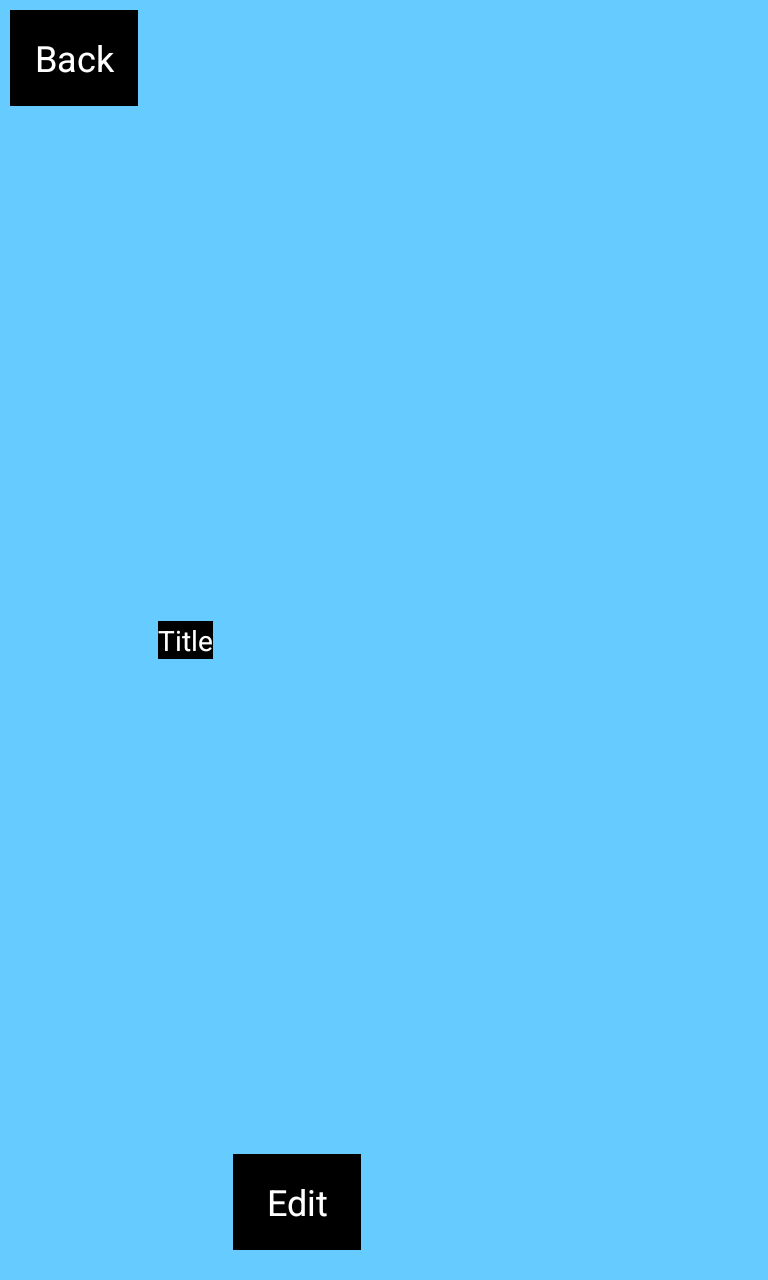
Repository: Ollyder/eclipse_work
Layout: TableLayout/res/layout/title.xml
These files come from the project's save history. The layout is drawn as it stood at one moment and after the next save; the edit follows.
It is drawn on a 768 x 1280 px phone screen (xhdpi) without system bars, with theme AppTheme; the app's code is not run.

Above is the layout before, as saved 2017-05-28 05:01:12.

After the next save:
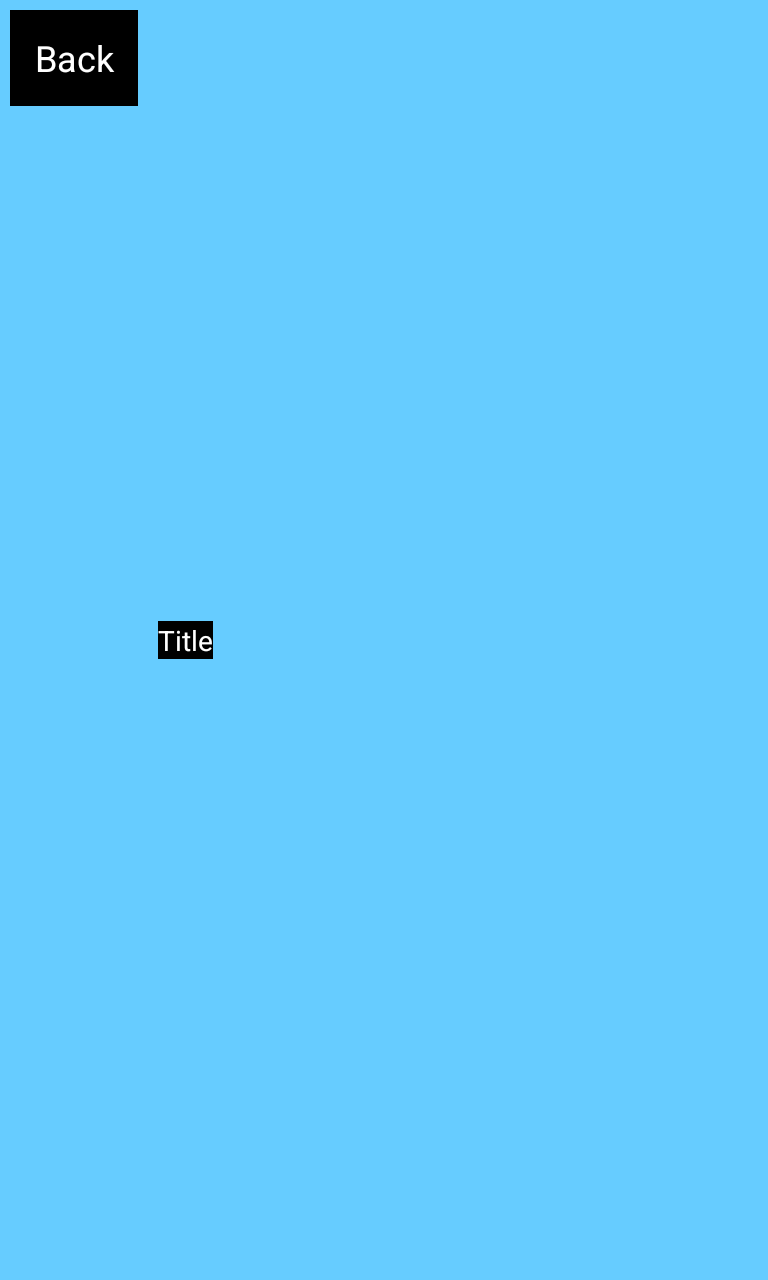
Saved 6 min 7 s later.
--- a/TableLayout/res/layout/title.xml
+++ b/TableLayout/res/layout/title.xml
@@ -26,7 +26,7 @@
         android:textColor="#ffffff"
         android:text="Title" />
 
-    <Button
+    <!--  <Button
         android:id="@+id/title_button2"
         android:layout_width="wrap_content"
         android:layout_height="wrap_content"
@@ -34,6 +34,6 @@
         android:background="#000000"
         android:text="Edit"
         android:layout_gravity="bottom"
-        android:textColor="#ffffff" />
+        android:textColor="#ffffff" />-->
 
 </LinearLayout>
